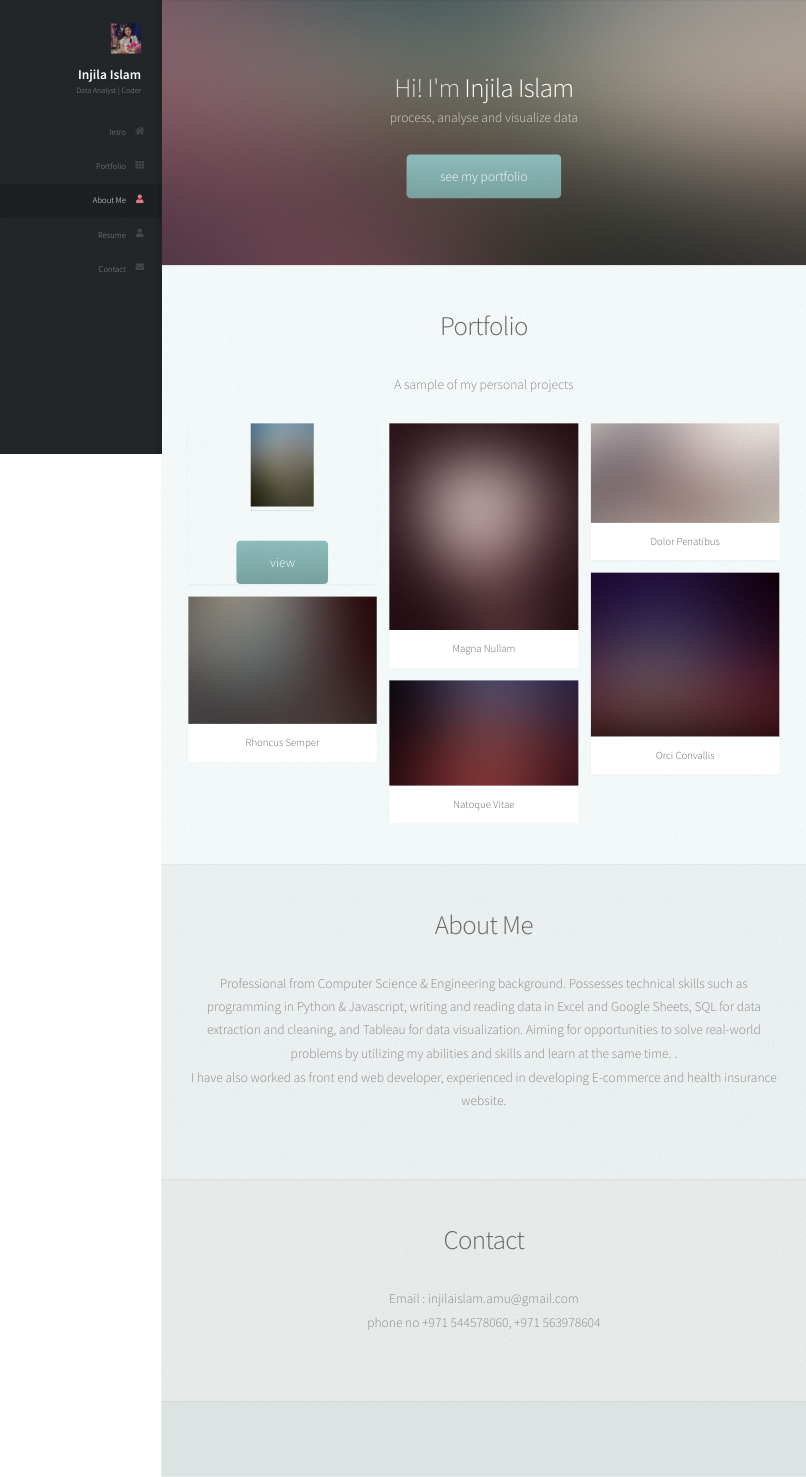
Repository: IslamInjila/new_portfolio
Page: index.html
The author's editor kept a copy of each file at every save. The page is drawn from the files as they stood at one save, then again after the next save.
The browser window is 1280 px wide. The pictures show the whole page, at 63% of full size.

Above is the page before, as saved 2021-03-06 17:45:42.

After the next save:
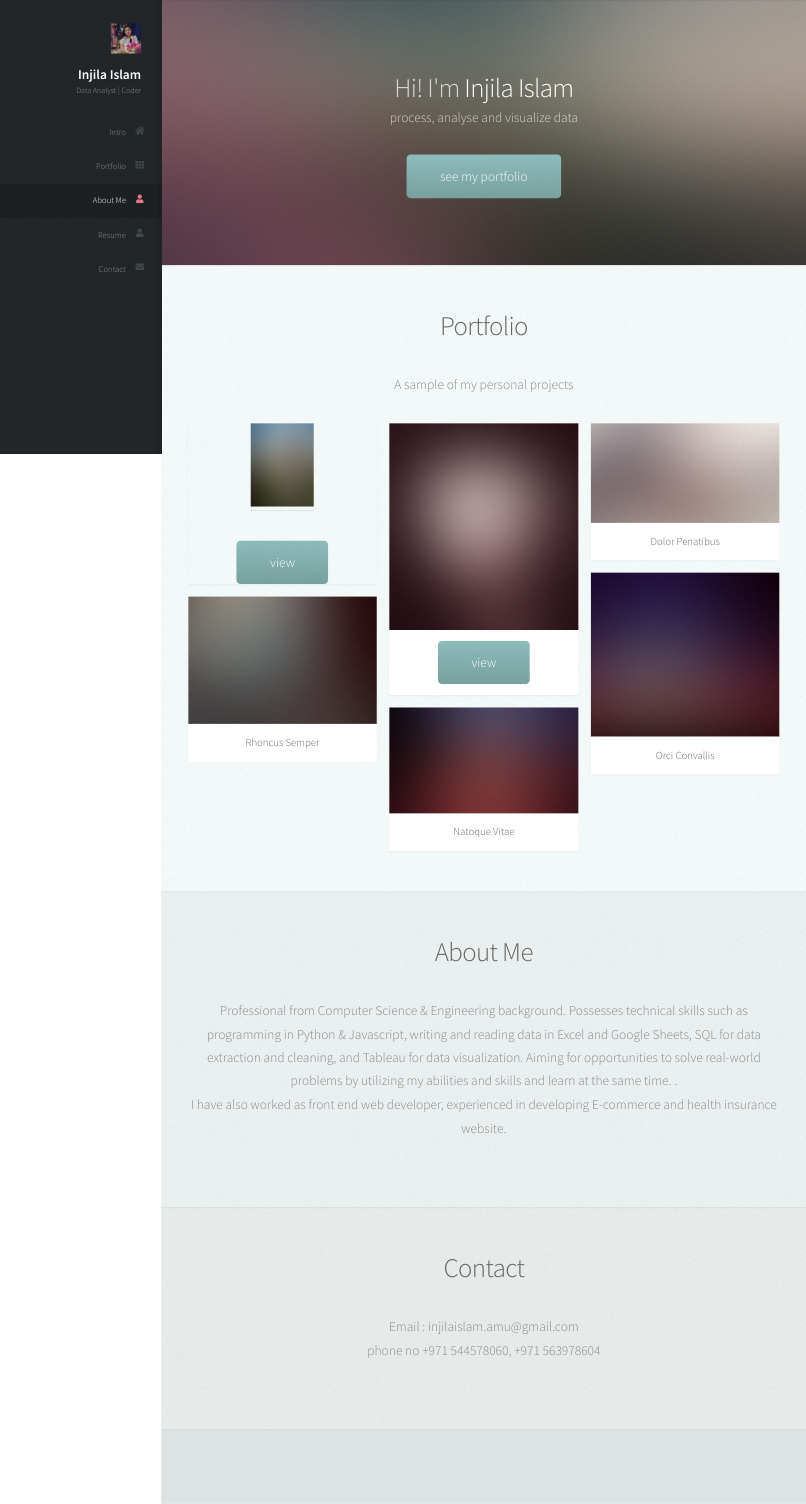
Saved 62 s later.
--- a/index.html
+++ b/index.html
@@ -112,7 +112,9 @@
 									<article class="item">
 										<a href="#" class="image fit"><img src="images/pic04.jpg" alt="" /></a>
 										<header>
-											<h3>Magna Nullam</h3>
+											<input type="button" onclick='window.open("http://www.foracure.org.au");return false;'
+											target="_blank" value="view"
+											/>
 										</header>
 									</article>
 									<article class="item">

After the save that followed:
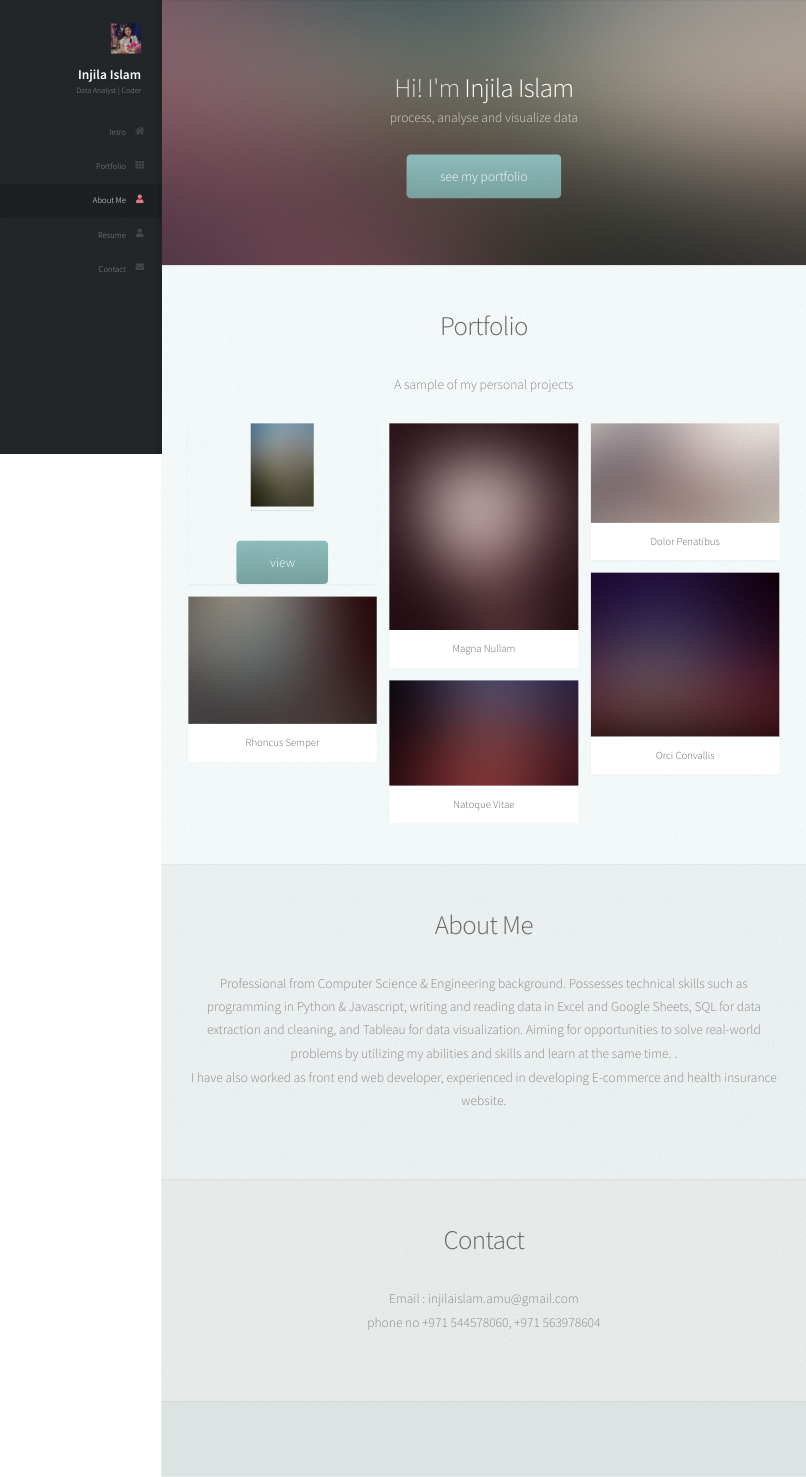
Saved 17 s later.
--- a/index.html
+++ b/index.html
@@ -112,9 +112,7 @@
 									<article class="item">
 										<a href="#" class="image fit"><img src="images/pic04.jpg" alt="" /></a>
 										<header>
-											<input type="button" onclick='window.open("http://www.foracure.org.au");return false;'
-											target="_blank" value="view"
-											/>
+											<h3>Magna Nullam</h3>
 										</header>
 									</article>
 									<article class="item">
